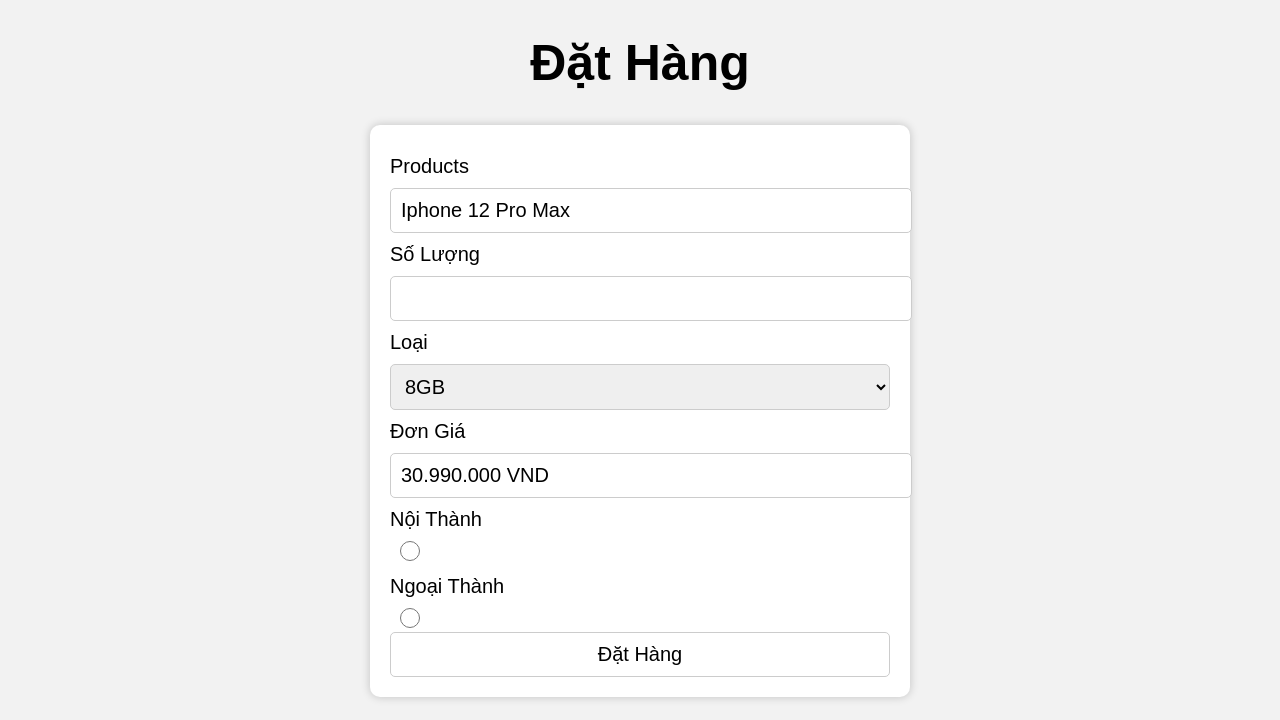
Repository: hisu87/WEB1043-JS
Page: Lab-Done-JS/Lab-7/html/Oder.html
These files come from the project's save history. The page is drawn as it stood at one moment and after the next save; the edit follows.
The browser window is 1280 px wide. The pictures show the whole page.

Above is the page before, as saved 2023-04-08 13:30:33.
Console error: SyntaxError: Unexpected end of input

After the next save:
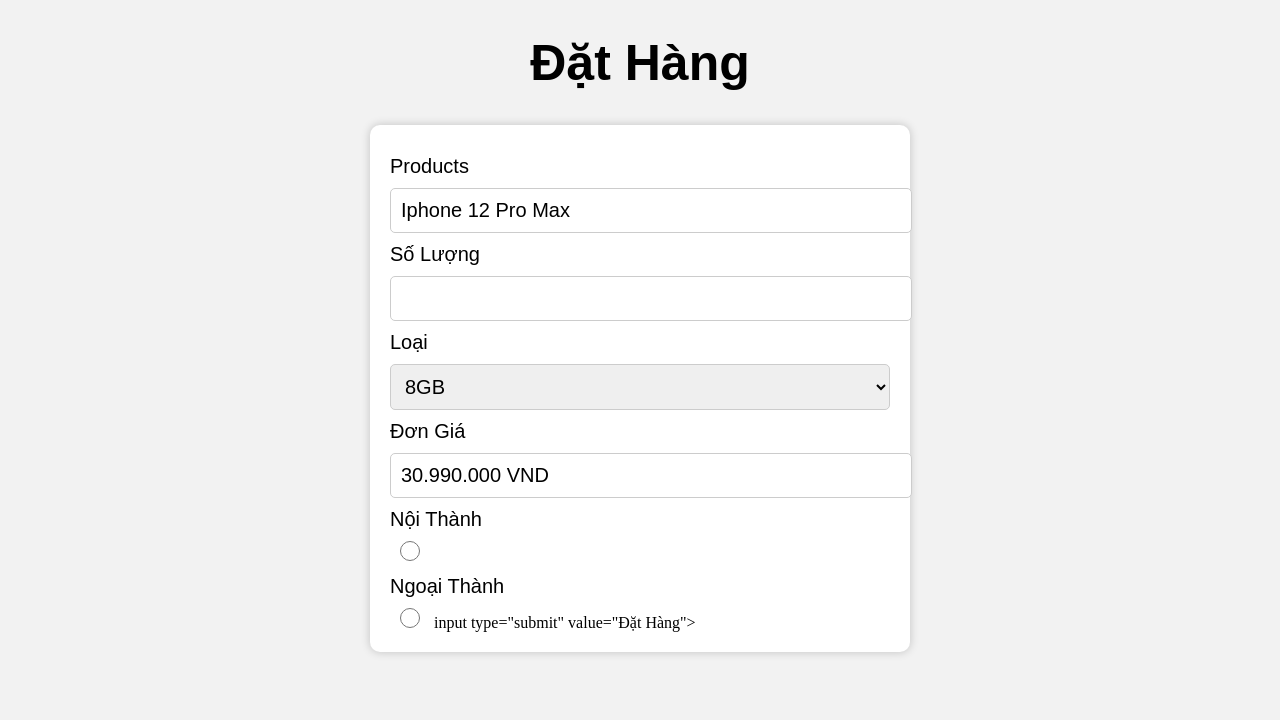
Saved 41 s later.
--- a/Lab-Done-JS/Lab-7/html/Oder.html
+++ b/Lab-Done-JS/Lab-7/html/Oder.html
@@ -100,7 +100,7 @@
             <label for="phi_vc">Phí Vận Chuyển</label>
             <input readonly type="text" name="phi_vc" id="phi_vc" value="55.000 VND ">
         </div>
-        <button type="submit">Đặt Hàng</button>
+        input type="submit" value="Đặt Hàng">
 
 
     </form>
